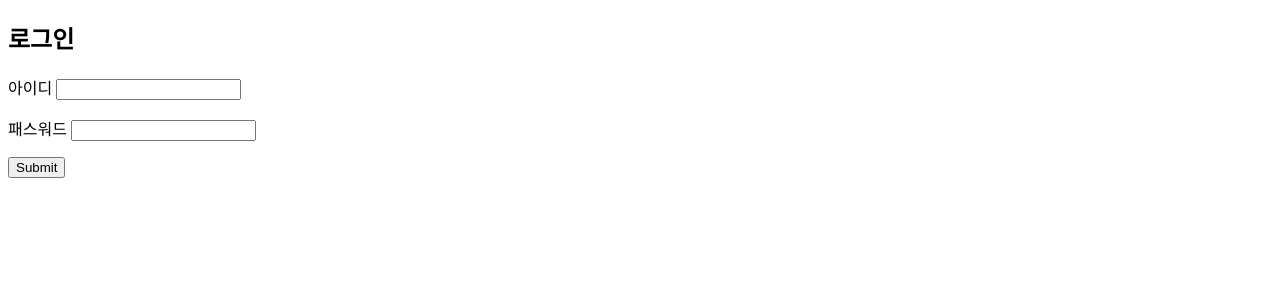
Repository: Leesuhwan1445/jspworks
Page: http://localhost/jweb01/cart/loginForm.jsp
The author's editor kept a copy of each file at every save. The page is drawn from the files as they stood at one save, then again after the next save.
The browser window is 1280 px wide. The pictures show the whole page.
The page is served by Tomcat 10. Other server files are loaded and not shown.

Above is the page before, as saved 2025-10-13 03:05:39.

### jweb01/src/main/webapp/cart/loginForm.jsp
<%@ page language="java" contentType="text/html; charset=UTF-8"
    pageEncoding="UTF-8"%>
<!DOCTYPE html>
<html>
<head>
<meta charset="UTF-8">
<title>Insert title here</title>
</head>
<body>
	<h2>로그인</h2>
	<form action="session01_process.jsp" method="post">
	<p>아이디 <input type="text" name="id"></p>
	<p>패스워드 <input type="password" name="password"></p>
	<p> <input type="submit" name="로그인"></p>
	</form>
</body>
</html>

After the next save:
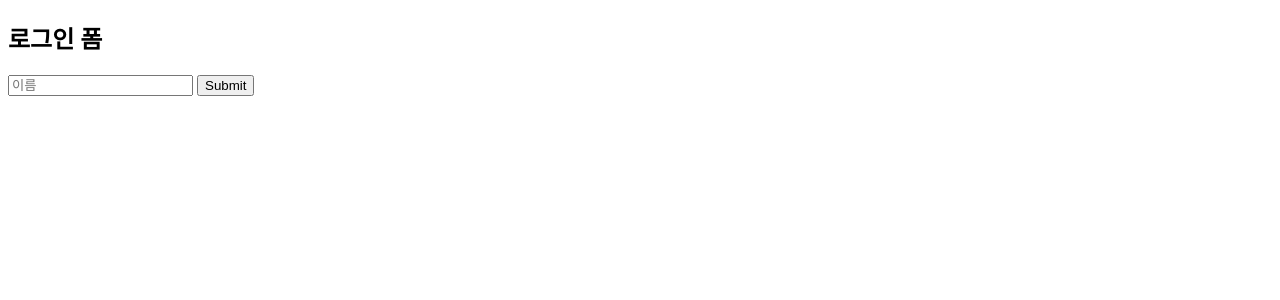
Saved 63 s later.
--- a/jweb01/src/main/webapp/cart/loginForm.jsp
+++ b/jweb01/src/main/webapp/cart/loginForm.jsp
@@ -4,14 +4,20 @@
 <html>
 <head>
 <meta charset="UTF-8">
-<title>Insert title here</title>
+<title>로그인 폼</title>
 </head>
 <body>
-	<h2>로그인</h2>
-	<form action="session01_process.jsp" method="post">
-	<p>아이디 <input type="text" name="id"></p>
-	<p>패스워드 <input type="password" name="password"></p>
-	<p> <input type="submit" name="로그인"></p>
+
+	<section>
+	<h2>로그인 폼</h2>
+	<form action="selProduct.jsp" method="post">
+
+	<p>
+		<input type="text" name="username" placeholder = "이름">
+		<input type="submit" name="로그인">
+	</p>
+
 	</form>
+	</section>
 </body>
 </html>
